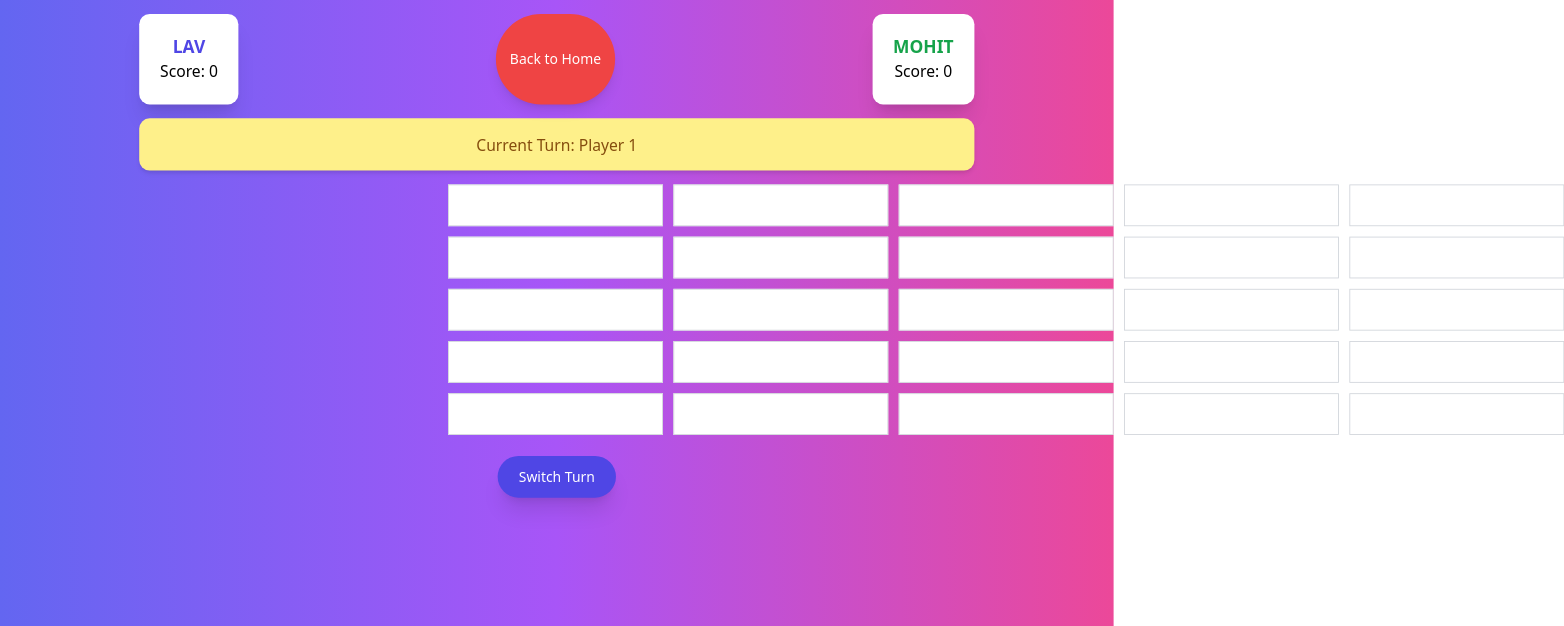
Repository: mohitagrawal0412/Lexicon-Duel
Page: /, after clicking the first element matching `button.px-4`
These files come from the project's save history. The page is drawn as it stood at one moment and after the next save; the edit follows.
The browser window is 1280 px wide. The page is 1798 px wide, then 1280 px, so the pictures cover 1798 px, including what lies to the right of the window. The pictures show the whole page, at 87% of full size.
The project was rebuilt for these pictures with package versions that can differ from the ones it lists, and the page was loaded fresh each time. Also part of the build but not shown: vite.config.js.

Above is the page before, as saved 2025-01-21 21:31:19.

After the next save:
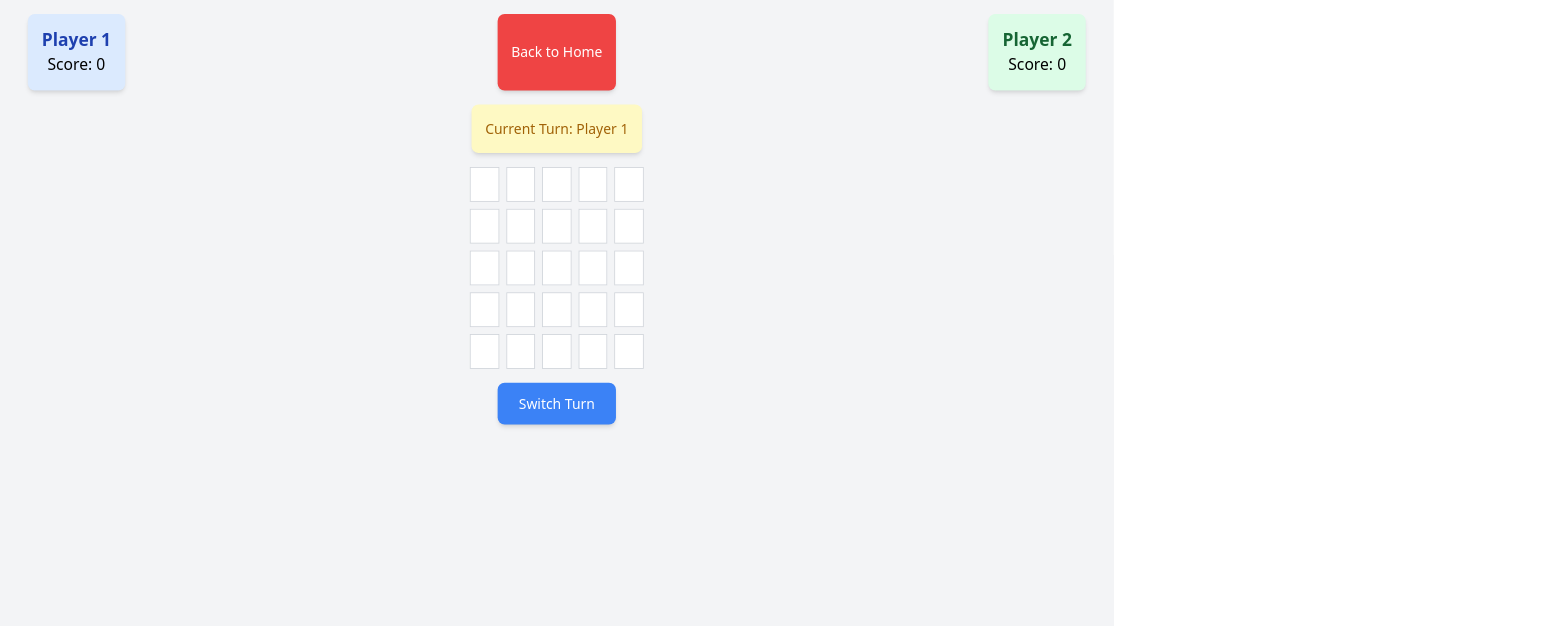
Saved 18 s later.
--- a/src/Grid.jsx
+++ b/src/Grid.jsx
@@ -116,56 +116,56 @@ const Grid = ({ size, onBack }) => {
 
     return (
         <div
-            className="flex flex-col items-center min-h-screen bg-gradient-to-r from-indigo-500 via-purple-500 to-pink-500"
+            className="flex flex-col items-center min-h-screen bg-gray-100"
             tabIndex={0}
             onKeyDown={handleKeyPress}
         >
-            <div className="flex justify-between w-full px-8 my-4 max-w-5xl">
+            <div className="flex justify-between w-full px-8 my-4">
                 {/* Player 1 Scorecard */}
-                <div className="flex flex-col items-center bg-white p-6 rounded-xl shadow-xl">
-                    <h2 className="text-xl font-semibold text-indigo-600">LAV</h2>
+                <div className="flex flex-col items-center bg-blue-100 p-4 rounded-lg shadow-md">
+                    <h2 className="text-xl font-bold text-blue-800">Player 1</h2>
                     <p className="text-lg font-medium">Score: {playerScores.player1}</p>
                 </div>
 
                 <button
                     onClick={onBack}
-                    className="px-4 py-2 bg-red-500 text-white font-medium rounded-full shadow-lg hover:bg-red-600 focus:outline-none focus:ring-2 focus:ring-red-400 transition-all ease-in-out duration-300 transform hover:scale-105"
+                    className="px-4 py-2 bg-red-500 text-white font-medium rounded-lg shadow-md hover:bg-red-600 focus:outline-none focus:ring-2 focus:ring-red-400"
                 >
                     Back to Home
                 </button>
 
                 {/* Player 2 Scorecard */}
-                <div className="flex flex-col items-center bg-white p-6 rounded-xl shadow-xl">
-                    <h2 className="text-xl font-semibold text-green-600">MOHIT</h2>
+                <div className="flex flex-col items-center bg-green-100 p-4 rounded-lg shadow-md">
+                    <h2 className="text-xl font-bold text-green-800">Player 2</h2>
                     <p className="text-lg font-medium">Score: {playerScores.player2}</p>
                 </div>
             </div>
 
             {/* Current Player Indicator */}
-            <div className="mb-4 p-4 bg-yellow-200 text-yellow-800 font-medium rounded-xl shadow-md w-3/4 text-center">
-                <h3 className="text-lg">Current Turn: Player {currentPlayer}</h3>
+            <div className="mb-4 p-4 bg-yellow-100 text-yellow-700 font-medium rounded-lg shadow-md">
+                <h3>Current Turn: Player {currentPlayer}</h3>
             </div>
 
             {/* Error Display */}
             {error && (
-                <div className="mb-4 p-4 bg-red-100 text-red-700 font-medium rounded-xl shadow-md w-3/4 text-center">
+                <div className="mb-4 p-4 bg-red-100 text-red-700 font-medium rounded-lg shadow-md">
                     {error}
                 </div>
             )}
 
             {/* Selected Word Display */}
             {selectedWord && !error && (
-                <div className="mb-4 p-4 bg-green-100 text-green-700 font-medium rounded-xl shadow-md w-3/4 text-center">
+                <div className="mb-4 p-4 bg-green-100 text-green-700 font-medium rounded-lg shadow-md">
                     Selected Word: {selectedWord}
                 </div>
             )}
 
             {/* Grid */}
             <div
-                className={`grid gap-3`}
+                className={`grid gap-2`}
                 style={{
-                    gridTemplateColumns: `repeat(${size}, 1fr)`,
-                    width: `${size * 50}px`,
+                    gridTemplateColumns: `repeat(${size}, minmax(0, 1fr))`,
+                    width: `${size * 40}px`,
                 }}
             >
                 {gridData.map((cell, index) => (
@@ -178,10 +178,10 @@ const Grid = ({ size, onBack }) => {
                         onMouseDown={() => handleMouseDown(index)}
                         onMouseEnter={() => handleMouseEnter(index)}
                         onMouseUp={handleMouseUp}
-                        className={`flex items-center justify-center border border-gray-300 bg-white h-12 text-gray-800 font-bold text-center uppercase focus:outline-none focus:ring-2 focus:ring-indigo-500 ${selectedIndices.includes(index)
-                            ? 'bg-indigo-200'
+                        className={`flex items-center justify-center border border-gray-300 bg-white h-10 text-gray-700 font-medium text-center uppercase focus:outline-none focus:ring-2 ${selectedIndices.includes(index)
+                            ? 'bg-blue-200'
                             : ''
-                            } transition-all ease-in-out duration-300 transform hover:scale-105 hover:bg-indigo-50`}
+                            }`}
                     />
                 ))}
             </div>
@@ -189,7 +189,7 @@ const Grid = ({ size, onBack }) => {
             {/* Button to switch turn */}
             <button
                 onClick={handleSwitchTurn}
-                className="mt-6 px-6 py-3 bg-indigo-600 text-white font-medium rounded-full shadow-xl hover:bg-indigo-700 focus:outline-none focus:ring-2 focus:ring-indigo-400 transition-all ease-in-out duration-300 transform hover:scale-105"
+                className="mt-4 px-6 py-3 bg-blue-500 text-white font-medium rounded-lg shadow-md hover:bg-blue-600 focus:outline-none focus:ring-2 focus:ring-blue-400"
             >
                 Switch Turn
             </button>
